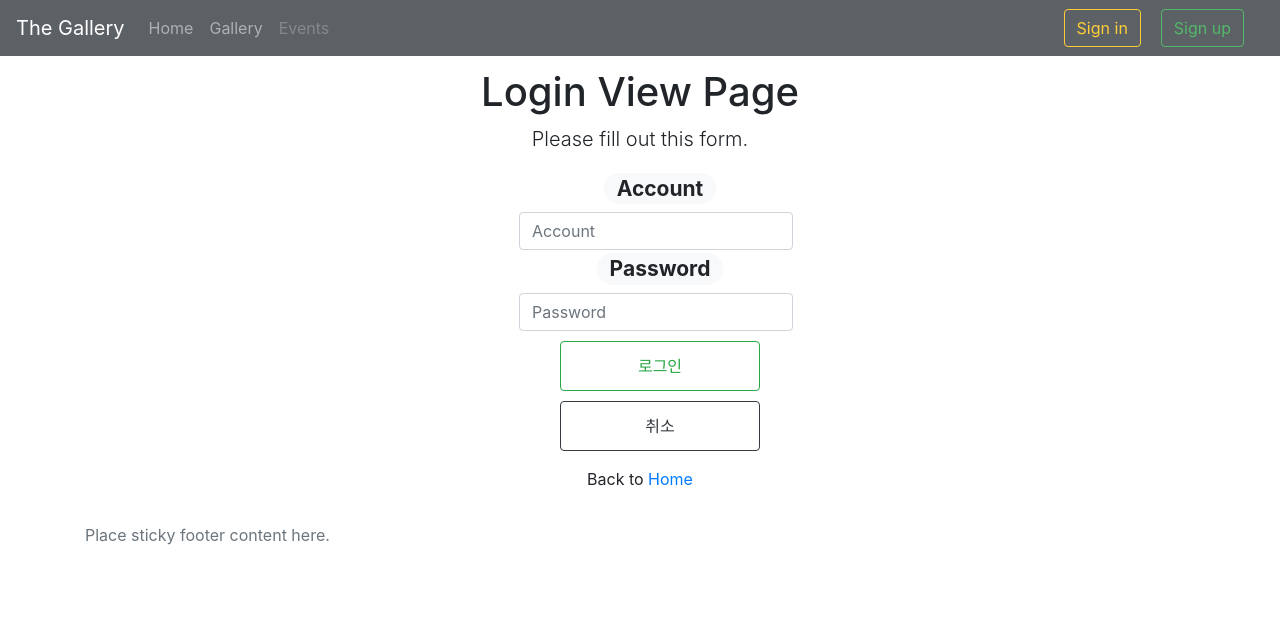
Repository: caramelsyrup/SpringProject1
Page: http://localhost/gallery/WEB-INF/views/customLogin.jsp
The author's editor kept a copy of each file at every save. The page is drawn from the files as they stood at one save, then again after the next save.
The browser window is 1280 px wide. The pictures show the whole page.
The page is served by Tomcat 9. Nobody is signed in. Other server files are loaded and not shown. The template is opened directly, without the code that normally fills it, so the values that code supplies are empty.

Above is the page before, as saved 2020-11-21 12:52:01.

### gallery/src/main/webapp/WEB-INF/views/customLogin.jsp
<%@ page language="java" contentType="text/html; charset=UTF-8" pageEncoding="UTF-8"%>
<%@ include file="/resources/includes/header.jsp" %>
<title>로그인화면</title>
</head>
<main role="main" class="flex-shrink-1" style="margin-top: 20px">
  <div class="container" align="center">
    <h1 class="mt-5">Login View Page</h1>
    <p class="lead">Please fill out this form.</p>
    <form class="form-inline mt-2 mt-md-0" id="loginForm" action="/login" method="post">
    	<ul style="list-style: none; margin-left: auto; margin-right: auto;">
    		<li>
    			<h3><span class="badge badge-pill badge-light">Account</span></h3>
        		<input class="form-control mr-sm-2" type="text" placeholder="Account" aria-label="Search" name="username" id="username">
    		</li>
    		<li>
    			<h3><span class="badge badge-pill badge-light">Password</span></h3>
	    		<input class="form-control mr-sm-2" type="password" placeholder="Password" aria-label="Search" name="password" id="password">
    		</li>
    		<li style="margin-top: 10px; margin-bottom: 10px;">
    			<input class="btn btn-outline-success my-2 my-sm-0" type="button" id="btnLogin" value="로그인" style="width: 200px; height: 50px;">
    		</li>
    		<li><input class="btn btn-outline-dark my-2 my-sm-0" type="reset" value="취소" style="width: 200px; height: 50px;" ></li>
    	</ul>
      </form>
   <p>Back to <a href="/">Home</a></p>
  </div>

	<script type="text/javascript" src="/resources/js/login.js"></script>
</main>
<footer class="footer mt-auto py-3">
  <div class="container">
    <span class="text-muted">Place sticky footer content here.</span>
  </div>
</footer>
</body>
</html>

### gallery/src/main/webapp/resources/includes/header.jsp
<%@ taglib prefix="c" uri="http://java.sun.com/jsp/jstl/core" %>
<!DOCTYPE html>
<html>
<head>
<meta charset="UTF-8">
    <meta charset="utf-8">
    <meta name="viewport" content="width=device-width, initial-scale=1, shrink-to-fit=no">
    <meta name="description" content="">
    <meta name="author" content="Mark Otto, Jacob Thornton, and Bootstrap contributors">
    <meta name="generator" content="Jekyll v4.1.1">
<script src="https://code.jquery.com/jquery-3.5.1.js" integrity="sha256-QWo7LDvxbWT2tbbQ97B53yJnYU3WhH/C8ycbRAkjPDc=" crossorigin="anonymous"></script>
<!-- Latest compiled and minified CSS -->
<link rel="stylesheet" href="https://stackpath.bootstrapcdn.com/bootstrap/4.5.2/css/bootstrap.min.css">
<!-- Latest compiled JavaScript -->
<script src="https://stackpath.bootstrapcdn.com/bootstrap/4.5.2/js/bootstrap.min.js"></script>
</head>
<!-- 최상단 -->
<body class="d-flex flex-column h-100">
    <header>
  <!-- Fixed navbar -->
  <nav class="navbar navbar-expand-md navbar-dark fixed-top bg-dark" style="opacity: 0.8;">
    <a class="navbar-brand" href="/">The Gallery</a>
    <button class="navbar-toggler" type="button" data-toggle="collapse" data-target="#navbarCollapse" aria-controls="navbarCollapse" aria-expanded="false" aria-label="Toggle navigation">
      <span class="navbar-toggler-icon"></span>
    </button>
    <div class="collapse navbar-collapse" id="navbarCollapse">
      <ul class="navbar-nav mr-auto">
        <li class="nav-item">
          <a class="nav-link" href="/">Home <!-- <span class="sr-only">(current)</span> --> </a>
        </li>
        <li class="nav-item">
          <a class="nav-link" href="/gallery/list">Gallery</a>
        </li>
        <c:choose>
	        <c:when test="${member.auth==0||member.auth==1}">
	        	<li class="nav-item">
		          <a class="nav-link" href="/events/elist">Events</a>
		        </li>
	        </c:when>
			<c:otherwise>
				<li class="nav-item">
		          <a class="nav-link disabled" href="/events/elist"  aria-disabled="true">Events</a>
		        </li>
			</c:otherwise>
        </c:choose>

	    <c:if test="${member.auth==0}">
	     <li class="nav-item">
	      <a class="nav-link" href="/member/memberInfo/${member.username}">Info</a>
	     </li>
	    </c:if>
	    <c:if test="${member.auth==1}">
	     <li class="nav-item">
	      <a class="nav-link" href="/member/allmember">All Member</a>
	     </li>
	     <li class="nav-item">
	      <a class="nav-link disabled" href="/member/allReser"  aria-disabled="true">All Reservation</a>
	     </li>
	    </c:if>

      </ul>
       <c:choose>
       	<c:when test="${empty member.username}">
       		<a class="btn btn-outline-warning my-2 my-sm-0" href="/member/createMember" style="margin-right: 20px">Sign in</a>
      		<a class="btn btn-outline-success my-2 my-sm-0" href="/customLogin" style="margin-right: 20px">Sign up</a>
      	</c:when>
      	<c:otherwise>
        	<a class="btn btn-outline-success my-2 my-sm-0" href="/customLogout">Logout</a>
        </c:otherwise>
       </c:choose>
    </div>
  </nav>
</header>

### gallery/src/main/webapp/resources/js/login.js
$(document).ready(function(){


	$("#btnLogin").click(function(){
		var userID = $("#username").val();
		var password = $("#password").val();
		if(userID==""){
			alert('아이디를 입력하세요!');
			$("#username").focus();
			return false;
		}
		if(password==""){
			alert('비밀번호를 입력하세요!');
			$("#password").focus();
			return false;
		}
		// 로그인 판단
		loginDo($("#username").val(),$("#password").val());
	});


});

function loginDo(username,password){
	// 값이 있으면, 해당 컨트롤러에서 처리후 결과 받음
		$.ajax({
			type:"POST",
			url:"/login",
			data:{"username":username,"password":password}
		})
		.done(function(resp){
			if(resp=="go"){
				alert('Welcome!');
				location.href="/";
			}else{
				alert('Pleae check your info');
			}
		})
		.fail(function(e){
			alert("Please Check your Account");
		});
}

After the next save:
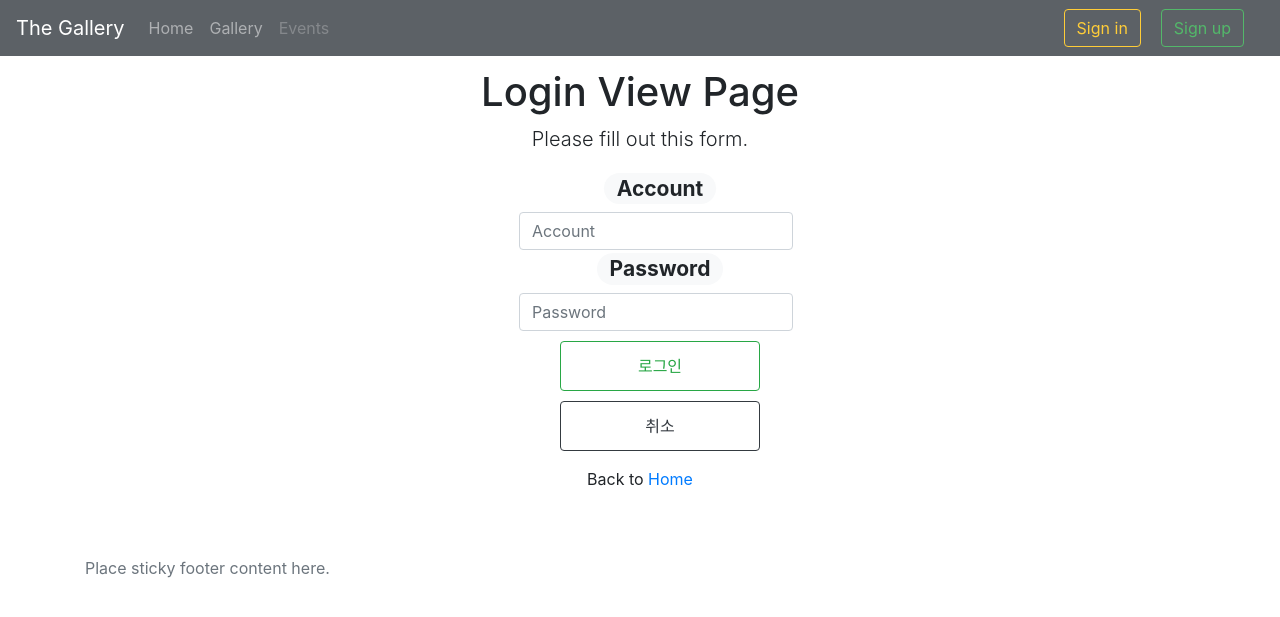
Saved 14 s later.
--- a/gallery/src/main/webapp/WEB-INF/views/customLogin.jsp
+++ b/gallery/src/main/webapp/WEB-INF/views/customLogin.jsp
@@ -27,6 +27,7 @@
 
 	<script type="text/javascript" src="/resources/js/login.js"></script>
 </main>
+<hr class="featurette-divider">
 <footer class="footer mt-auto py-3">
   <div class="container">
     <span class="text-muted">Place sticky footer content here.</span>
